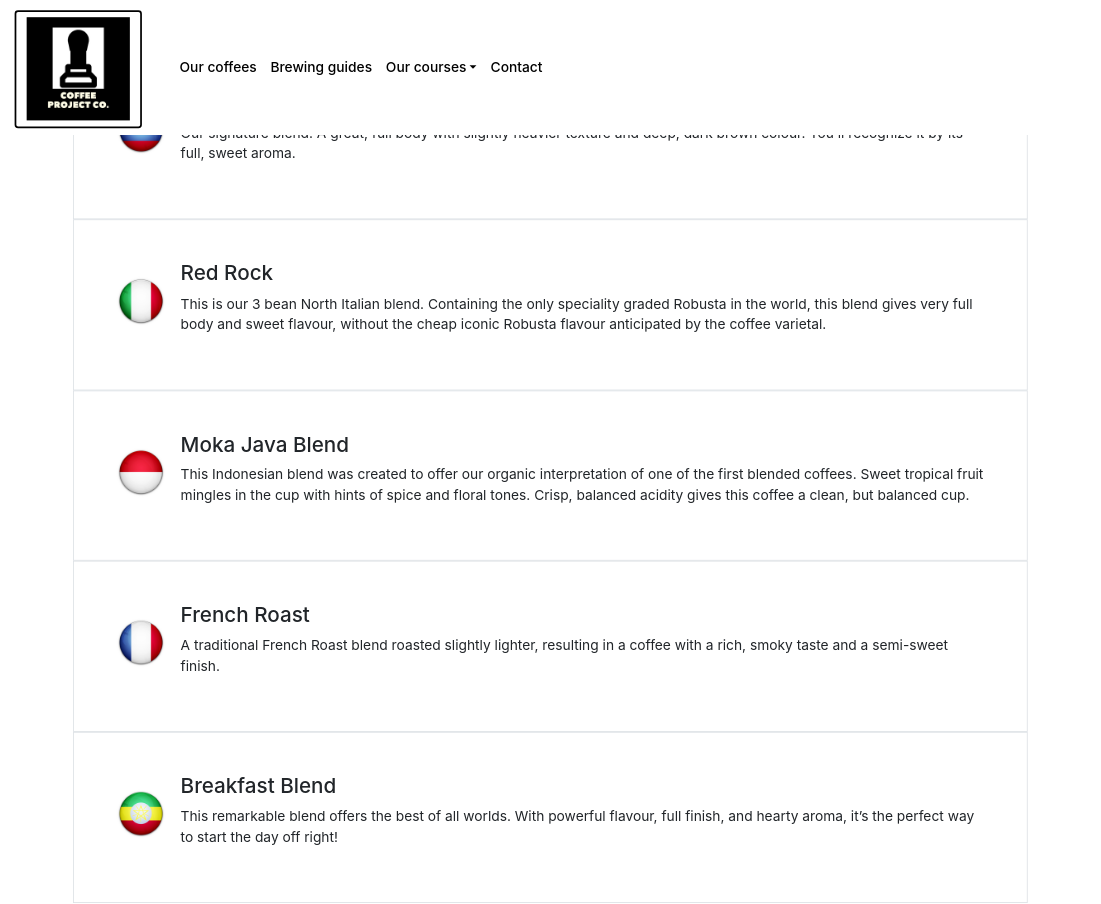
Repository: roxanahefferon/M1
Page: coffees-single.html
The author's editor kept a record of every edit. The page is drawn from the files as they stood at one moment, then again after the next edit.
The browser window is 1280 px wide. The pictures show the whole page, at 86% of full size.
Some web libraries are served in a nearby version.

Above is the page before.

### coffees-single.html
<!DOCTYPE html>
<html lang="en">

<head>
    <meta charset="UTF-8">
    <meta name="viewport" content="width=device-width, initial-scale=1.0">
    <meta http-equiv="X-UA-Compatible" content="ie=edge">
    <link rel="stylesheet" href="https://maxcdn.bootstrapcdn.com/bootstrap/4.0.0/css/bootstrap.min.css" integrity="sha384-Gn5384xqQ1aoWXA+058RXPxPg6fy4IWvTNh0E263XmFcJlSAwiGgFAW/dAiS6JXm" crossorigin="anonymous">
    <script src="https://kit.fontawesome.com/877201db70.js" crossorigin="anonymous"></script>
    <link rel="stylesheet" href="assets/css/style.css" type="text/css" />
    <title>Coffee Project Co.</title>
</head>

<body>
    <header>

        <! --- navbar --->

        <nav class="navbar navbar-expand-sm navbar-light fixed-top"> <a class="navbar-brand" href="index.html"> <img src="./assets/images/coffee-project-logo.png" width="120px" alt="bbb-logo"></a>
            <button class="navbar-toggler" type="button" data-toggle="collapse" data-target="#collapsibleNavbar">
    <span class="navbar-toggler-icon"></span>
  </button>
            <div class="collapse navbar-collapse " id="collapsibleNavbar">
                <ul class="navbar-nav">
                    <li class="nav-item">
                        <a class="nav-link" href="#">Our coffees</a>
                    </li>
                    <li class="nav-item">
                        <a class="nav-link" href="# ">Brewing guides</a>
                    </li>
                    <li class="nav-item dropdown">
                        <a class="nav-link dropdown-toggle" href="#" id="navbardrop" data-toggle="dropdown">Our courses</a>
                        <div class="dropdown-menu">
                            <a class="dropdown-item" href="#">Intro to coffee</a>
                            <a class="dropdown-item" href="#">Barista SCA</a>
                            <a class="dropdown-item" href="#">Brewing SCA</a>
                        </div>
                    </li>
                    <li class="nav-item">
                        <a class="nav-link" href="#">Contact</a>
                    </li>
                </ul>
            </div>
        </nav>


    </header>

    <! --- main section --->

    <div class="container coffee-container">

        <div class="row">
            <div class="col">
                <h1>single origin</h1>
            </div>
        </div>


        <div class="row">
            <div class="col-12">

                <div class="media border p-5">
                    <img src="./assets/images/colombia-icon.png" alt="colombia icon" class="mr-3 mt-3 rounded-circle" style="width:60px;">
                    <div class="media-body">
                        <h4>Project Co. Blend</h4>
                        <p>Our signature blend. A great, full body with slightly heavier texture and deep, dark brown colour. You’ll recognize it by its full, sweet aroma. </p>
                    </div>
                </div>

                <div class="media border p-5">
                    <img src="./assets/images/italy-icon.png" alt="italy icon" class="mr-3 mt-3 rounded-circle" style="width:60px;">
                    <div class="media-body">
                        <h4>Red Rock</h4>
                        <p>This is our 3 bean North Italian blend. Containing the only speciality graded Robusta in the world, this blend gives very full body and sweet flavour, without the cheap iconic Robusta flavour anticipated by the coffee varietal.</p>
                    </div>
                </div>

            </div>

            <div class="col-12">

                <div class="media border p-5">
                    <img src="./assets/images/indonesia-icon.png" alt="indonesia icon" class="mr-3 mt-3 rounded-circle" style="width:60px;">
                    <div class="media-body">
                        <h4>Moka Java Blend</h4>
                        <p>This Indonesian blend was created to offer our organic interpretation of one of the first blended coffees. Sweet tropical fruit mingles in the cup with hints of spice and floral tones. Crisp, balanced acidity gives this coffee
                            a clean, but balanced cup.</p>
                    </div>
                </div>

            </div>

            <div class="col-12">

                <div class="media border p-5">
                    <img src="./assets/images/france-icon.png" alt="french icon" class="mr-3 mt-3 rounded-circle" style="width:60px;">
                    <div class="media-body">
                        <h4>French Roast</h4>
                        <p>A traditional French Roast blend roasted slightly lighter, resulting in a coffee with a rich, smoky taste and a semi-sweet finish. </p>
                    </div>
                </div>

            </div>

            <div class="col-12">

                <div class="media border p-5">
                    <img src="./assets/images/ethiopia-icon.png" alt="ethiopia icon" class="mr-3 mt-3 rounded-circle" style="width:60px;">
                    <div class="media-body">
                        <h4>Breakfast Blend</h4>
                        <p>This remarkable blend offers the best of all worlds. With powerful flavour, full finish, and hearty aroma, it’s the perfect way to start the day off right!</p>
                    </div>
                </div>

            </div>

            <div class="col-12">

            </div>
        </div>





        <! --- footer --->

        <footer>

        </footer>

        <body>

            <script src="https://code.jquery.com/jquery-3.2.1.slim.min.js" integrity="sha384-KJ3o2DKtIkvYIK3UENzmM7KCkRr/rE9/Qpg6aAZGJwFDMVNA/GpGFF93hXpG5KkN" crossorigin="anonymous"></script>
            <script src="https://cdnjs.cloudflare.com/ajax/libs/popper.js/1.12.9/umd/popper.min.js" integrity="sha384-ApNbgh9B+Y1QKtv3Rn7W3mgPxhU9K/ScQsAP7hUibX39j7fakFPskvXusvfa0b4Q" crossorigin="anonymous"></script>
            <script src="https://maxcdn.bootstrapcdn.com/bootstrap/4.0.0/js/bootstrap.min.js" integrity="sha384-JZR6Spejh4U02d8jOt6vLEHfe/JQGiRRSQQxSfFWpi1MquVdAyjUar5+76PVCmYl" crossorigin="anonymous"></script>
        </body>

</html>

### assets/css/style.css
@import url('https://fonts.googleapis.com/css?family=Lato|Montserrat:500&display=swap');

body {
    margin: 0;
    padding: 0;
}

/* --- navbar --- */

.navbar-brand {
    margin-left: 0.05rem;
    margin-top: 0.25rem;
    border: solid 2px;
    border-color: #000000;
    border-radius: 0.25rem;
    padding: .40rem .75rem;
}

.navbar-light {
    background-color: #ffffff;
}

.navbar fixed-top {
    position: fixed !important;
}

.navbar-brand:hover {
    border-color: #b87333;
}

.navbar .navbar-toggler {
    border: solid 2px;
    border-color: #000000;
}

.navbar .navbar-toggler:hover {
    border-color: #b87333;
}

.dropdown a {
    font-weight: 500;
}

.navbar-nav a {
    font-weight: 500;
}

.dropdown-menu {
    border: solid 2px;
    color: #000000;
}

.dropdown-menu:hover {
    color: #b87333;
}

.navbar-collapse {
    margin-left: 20px;
}

.nav-item a {
    color: #000000;
}

.navbar-light .navbar-nav .nav-link {
    color: #000000;
}

.bgblack {
    background-color: #000000;
    padding: 0;
}

/* --- jumbotron hero image --- */

.jumbotron-container {
    margin-top: 180px;
}

.jumbotron {
    background-image: url("https://i.imgur.com/ysdDc1S.png");
    background-position: center;
    background-repeat: no-repeat;
    background-size: cover;
    position: relative;
    margin-bottom: 0.5rem;
}

.jumbotron h1,
.jumbotron p {
    color: #fafafa;
    text-align: center;
}

.jumbotron-divider {
    background-color: #b87333;
    margin: 1.5rem;
}

.badge-light {
    background-color: #b87333;
    border: none;
    color: #ffffff;
    font-weight: lighter;
}

.badge-light:hover {
    background-color: #4a4a4f;
    border: none;
    color: #000000;
    font-weight: inherit;
    font-size: 1rem;
}

.quote-landing {
    color: #b87333;
    text-align: center;
    font-family: "Lora", sans-serif;
    font-weight: 500;
    font-size: 1.2rem;
    margin-top: 1rem;
    padding: 5px;
    border: 2px solid;
    border-color: #b87333;
    border-radius: 0.3rem;
}

.quote {
    margin-top: 1rem;
    margin-bottom: 1rem;
}

/* --- about us --- */

.about {
    color: #fafafa;
    font-weight: lighter;
    margin-bottom: 0.5rem;
    padding: 0.5rem 0;
    border-radius: 0.25rem;
}

.about p {
    margin: 1rem;
    text-align: center;
}

/* --- landing headers --- */

.headers-landing {
    position: relative;
    text-align: center;
    color: white;
    text-transform: uppercase;
    font-weight: bolder;
    font-size: 1.8rem;
}

.ph-landing {
    position: absolute;
    top: 50%;
    left: 50%;
    transform: translate(-50%, -50%);
    border: 5px solid;
    border-radius: 0.25rem;
    padding: 0.4rem;
}


/* --- landing cards ---*/

.cards-beans {
    margin-top: 2rem;
    padding-bottom: 2rem;
}

.card-deck {
    margin: auto;
    padding: 0;
}

.card-header {
    background-color: #000000;
    color: #b87333;
    text-align: center;
}

.card-body {
    background-color: #000000;
}

.card-text {
    color: #ffffff;
}

.card-body a {
    background-color: #b87333;
    color: #ffffff;
    border: none;
}

/* --- landing sca courses --- */

.sca-section {
    margin-top: 20px;
}

.sca-img {
    padding: 0;
    border: 2px solid;
    border-radius: 0.25rem;
}

/* --- landing brew guides --- */





/* --- landing links to page/downloadable pdfs --- */

.brew-cards {
    background-color: #ffffff;
    border: 2px solid #b87333;
    border-radius: 0.25rem;
}

.brew-cards a{
    color: #000000;
    text-decoration: none;
}

.brew-cards a:hover {
    font-size: 18px;
    font-weight: bold;
}

.brew-cards img {
    margin-top: 10px;
}

/* --- landing courses.html --- */

.courses-container {
    margin-top: 210px;
}

/* --- coffees-single html --- */

.coffees-container {
    margin-top: 210px;
}


/* --- coffees-blends.html --- */

.blends-container {
    margin-top: 200px;
}


/* --- footer --- */

.footer {
    background-color: #4a4a4f;
    color: #ffffff;
    font-size: 0.5rem;
    font-family: "Montserrat", sans-serif;
    margin-top: 2rem;
    padding-top: 2rem;

}

.fab {
    color: #ffffff;
    font-size: 10px;
    padding-left: 0.5rem;
}

.fab:hover {
    font-size: x-large;
}

/* --- chemex.html --- */

.brewing-container {
    margin-top: 200px;
    padding: 1rem;
    background-color: #669966;
    border: 1px solid #669966;
    border-radius: 0.25rem;
    font-family: "Montserrat", sans-serif;
}

.brewing-container h2 {
    font-family: "Lato", sans-serif;
}

.brewing-download {
    padding-top: 1rem;
    font-weight: bold;
}

/* --- media queries --- */

@media (min-width: 768px) {
    .quote-landing {
        font-size: 2.5rem;
    }
}

@media (min-width: 768px) {
    .our-coffee-img {
        height: 180px;
    }
    .footer {
        font-size: 1rem;
    }
    .fab {
        font-size: 16px;
    }
}

After the next edit:
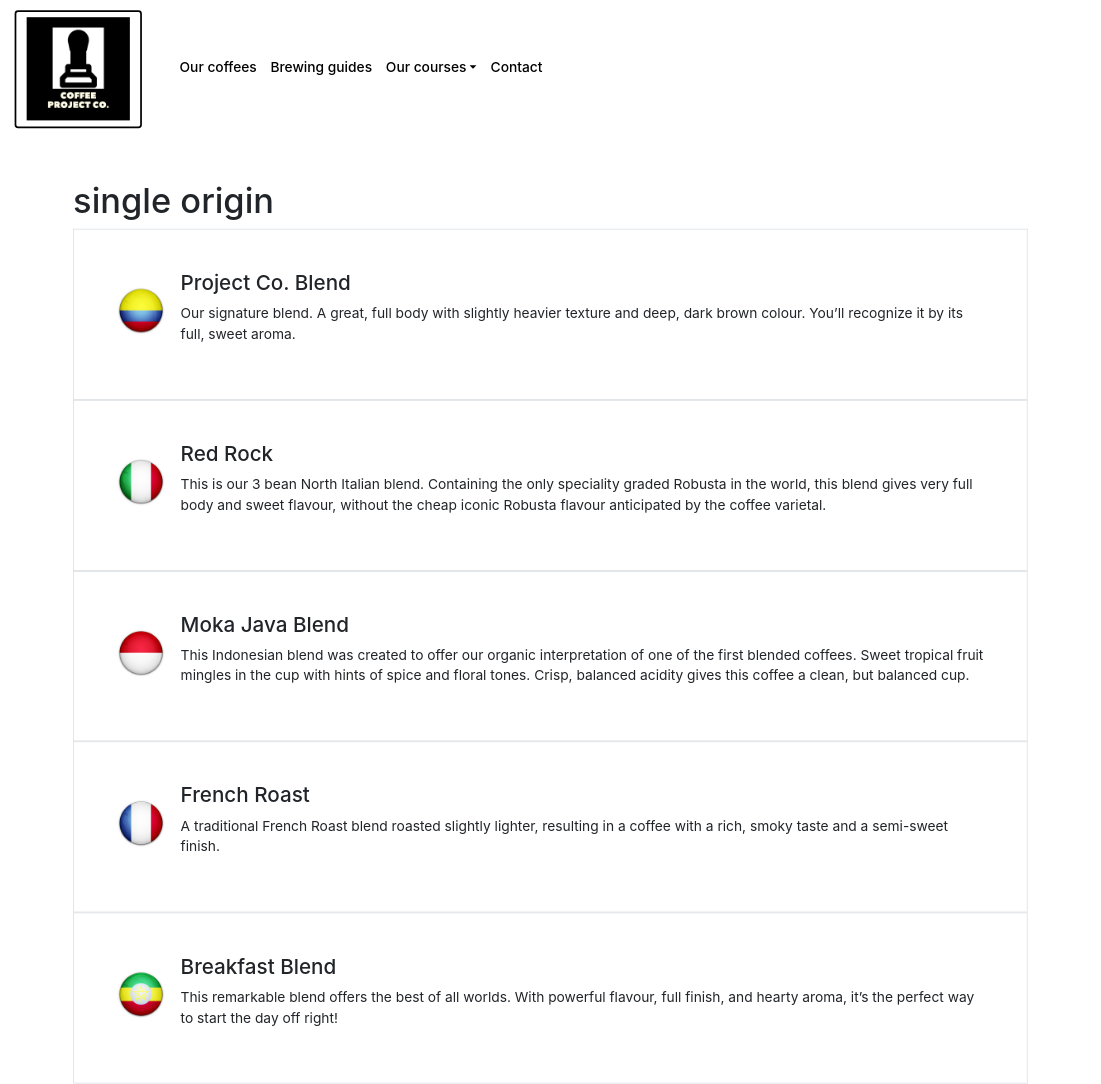
The edit:
--- a/coffees-single.html
+++ b/coffees-single.html
@@ -48,7 +48,7 @@
 
     <! --- main section --->
 
-    <div class="container coffee-container">
+    <div class="container coffees-container">
 
         <div class="row">
             <div class="col">
